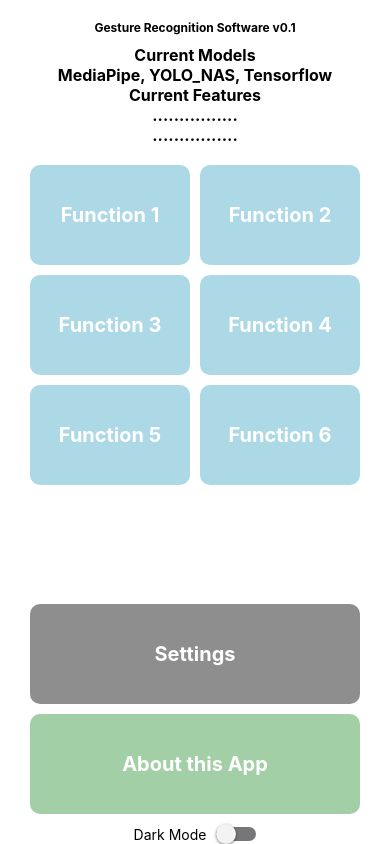
Repository: hajin-park/V-QUIP
Page: / (app in frontend/react-native-app/)
These files come from the project's save history. The page is drawn as it stood at one moment and after the next save; the edit follows.
The browser window is 390 px wide. The pictures show the whole page.
The app was drawn by React Native's web renderer in a window 390 px wide. The project was rebuilt for these pictures with package versions that can differ from the ones it lists, and the page was loaded fresh each time.

Above is the page before, as saved 2024-04-08 00:13:15.

After the next save:
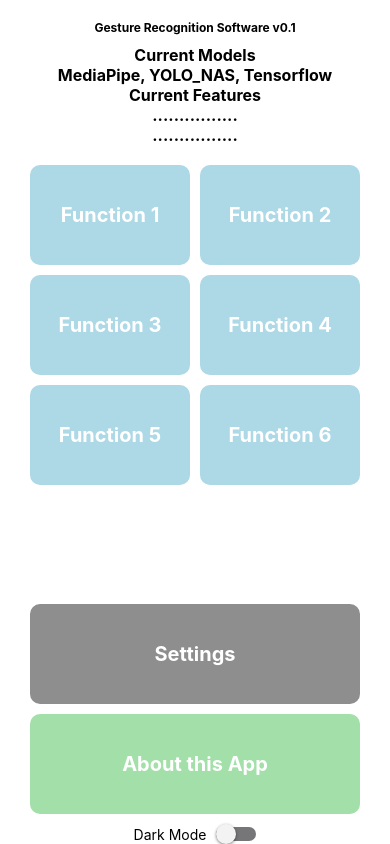
Saved 21 s later.
--- a/frontend/react-native-app/App.js
+++ b/frontend/react-native-app/App.js
@@ -130,7 +130,7 @@ const styles = StyleSheet.create({
   box3: {
     width: 330,
     height: 100,
-    backgroundColor: '#A3CFA7', // Light blue color
+    backgroundColor: '#A3DFA9', // Light blue color
     borderRadius: 10, // Rounded edges
     alignItems: 'center',
     justifyContent: 'center',
